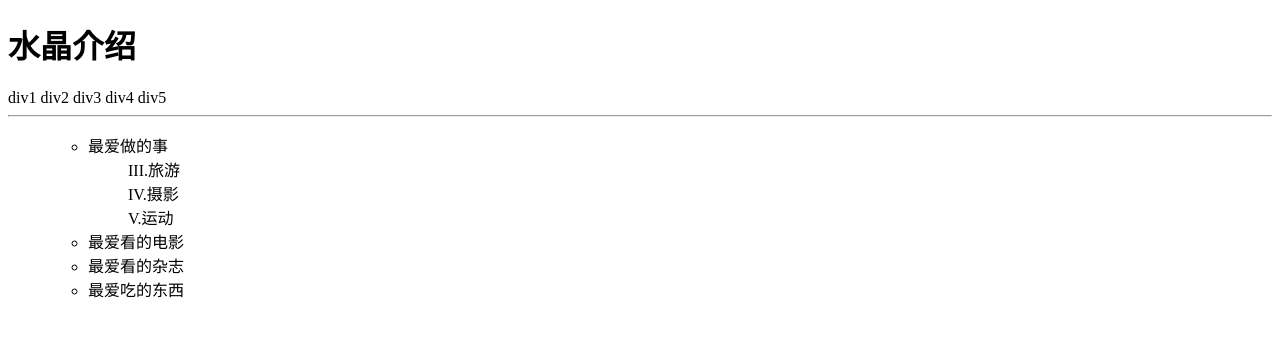
Repository: kirtonew/Compeititon2022-1
Page: node/新媒体设计/1.2/test2.html
The author's editor kept a copy of each file at every save. The page is drawn from the files as they stood at one save, then again after the next save.
The browser window is 1280 px wide. The pictures show the whole page.

Above is the page before, as saved 2022-09-05 14:46:42.

After the next save:
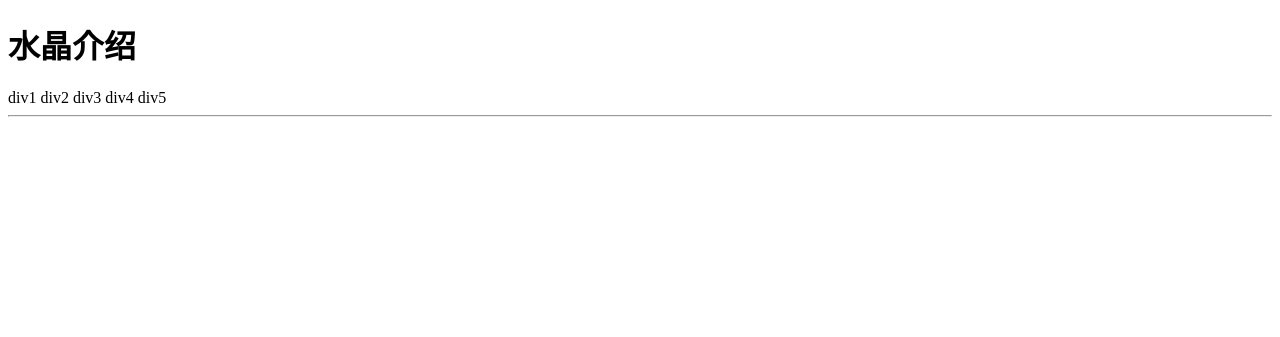
Saved 20 s later.
--- a/node/新媒体设计/1.2/test2.html
+++ b/node/新媒体设计/1.2/test2.html
@@ -13,16 +13,11 @@
         <div id="div5">div5</div>
     </div>
 <hr></hr>
-    <ul>
-        <ul type = 'circle'>
-            <li>最爱做的事</li>
-            <ul>III.旅游</ul>
-            <ul>IV.摄影</ul>
-            <ul>V.运动</ul>
-            <li>最爱看的电影</li>
-            <li>最爱看的杂志</li>
-            <li>最爱吃的东西</li>
-        </ul>
-    </ul>
+     <div>
+
+     </div>
+     <div>
+
+     </div>
 </body>
 </html>
